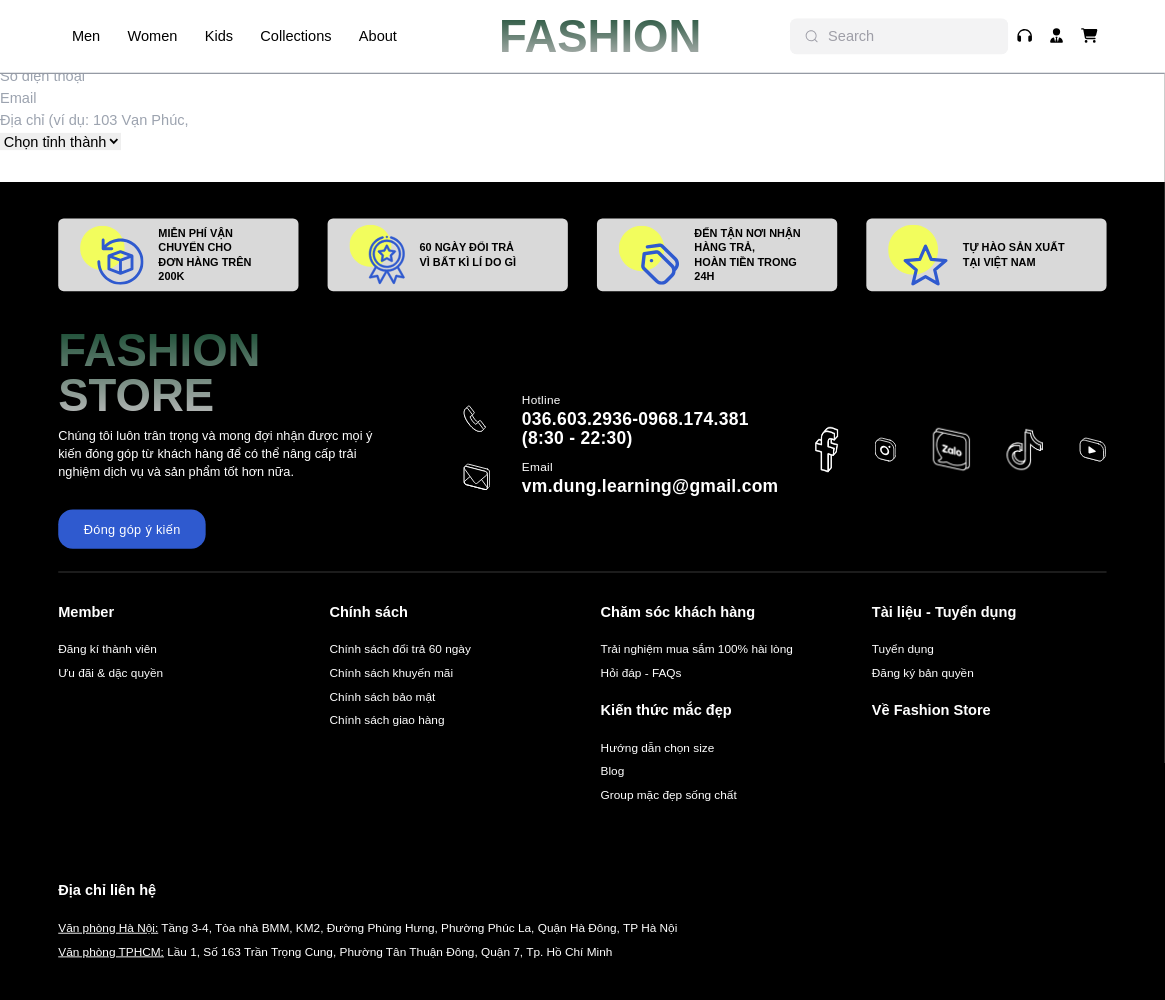
Repository: VuSnow/Software_Engineering
Page: /CartPayment
The author's editor kept a copy of each file at every save. The page is drawn from the files as they stood at one save, then again after the next save.
The browser window is 1280 px wide. The pictures show the whole page, at 91% of full size.
The page's requests for data from a server got no answer. The project was rebuilt for these pictures with package versions that can differ from the ones it lists, and the page was loaded fresh each time. The framework's server and built-in components were replaced by stand-ins that run in the browser. No one was signed in, and anything a server would have sent is missing. Also part of the build but not shown: next.config.js, src/components/cart/CartItem/CartItem.tsx, src/components/cart/Cart.tsx, src/app/Login/page.tsx, src/app/register/page.tsx, src/app/forgorPassword/page.tsx.

Above is the page before, as saved 2023-06-27 13:14:39.

### src/app/layout.tsx
"use client";
import Header from "@/components/header/Header";
import "./globals.css";
import { Inter } from "next/font/google";
import Footer from "@/components/footer/Footer";

const inter = Inter({ subsets: ["latin"] });

export const metadata = {
  title: "Create Next App",
  description: "Generated by create next app",
};
export default function RootLayout({
  children,
}: {
  children: React.ReactNode;
}) {
  return (
    <html lang="en">
      <body>
        <Header />
        {children}
        <Footer />
      </body>
    </html>
  );
}

### src/app/CartPayment/page.tsx
"use client";
import React from "react";
import { useState, useEffect } from "react";
import axios from "axios";
import { type } from "os";

type City = {
  Id: string;
  Name: string;
  Districts: Districts[];
};
type Districts = {
  Id: string;
  Name: string;
  Wards: Wards[];
};

type Wards = {
  Id: string;
  Name: string;
  Level: string;
};

const CartPayment = () => {
  const [cities, setCities] = useState<City[]>([]);
  const [districts, setDistricts] = useState<Districts[]>([]);
  const [wards, setWards] = useState<Wards[]>([]);
  useEffect(() => {
    const fetchData = async () => {
      try {
        const response = await axios.get(
          "https://raw.githubusercontent.com/kenzouno1/DiaGioiHanhChinhVN/master/data.json"
        );
        setCities(response.data);
      } catch (error) {
        console.error("Error fetching data", error);
      }
    };
    fetchData();
  }, []);

  const handleCitiesChange = (e: React.ChangeEvent<HTMLSelectElement>) => {
    const selectedCityId = e.target.value;
    const selectedCity = cities.find((city) => city.Id === selectedCityId);
    const cityDistricts = selectedCity ? selectedCity.Districts : [];
    setDistricts(cityDistricts);
    setWards([]);
  };

  // const handleDistrictChange = (e: React.ChangeEvent<HTMLSelectElement>) => {
  //   const selectedDistrictId = e.target.value;
  //   const selectedCityId = document.getElementById('city').value;
  //   const selectedCity = cities.find((city) => city.Id === selectedCityId);
  //   const selectedDistrict = selectedCity
  //     ? selectedCity.Districts.find((district) => district.Id === selectedDistrictId)
  //     : null;
  //   const districtWards = selectedDistrict ? selectedDistrict.Wards : [];
  //   setWards(districtWards);
  // };
  return (
    <section className="cartPayment">
      <div className="cart-container">
        <div className="contain">
          <div className="cart-left-section">
            <div className="deli-information">
              <div className="cart-title">
                <div className="title">Thông tin vận chuyển</div>
                <div className="action">
                  Bạn đã có tài khoản? <a href="/">Đăng nhập ngay</a>
                </div>
              </div>
              <div className="customer-info">
                <div className="name">
                  <div className="name-input">
                    <input
                      type="text"
                      name="full_name"
                      placeholder="Họ và tên"
                      className="form-control"
                    />
                  </div>
                  <div className="number-input">
                    <input
                      type="tel"
                      name="phone"
                      placeholder="Số điện thoại"
                      className="form-control"
                    />
                  </div>
                </div>
                <div className="email">
                  <input
                    type="email"
                    name="email"
                    placeholder="Email"
                    className="form-control"
                  />
                </div>
                <div className="address">
                  <input
                    type="text"
                    name="address"
                    placeholder="Địa chỉ (ví dụ: 103 Vạn Phúc, phường Vạn Phúc)"
                    className="form-control"
                  />
                </div>
                <div className="select-city">
                  <select name="" id="city" className="form-select">
                    <option value="" selected>
                      Chọn tỉnh thành
                    </option>
                    {cities.map((city) => (
                      <option key={parseInt(city.Id)} value={city.Id}>
                        {city.Name}
                      </option>
                    ))}
                  </select>
                </div>
              </div>
            </div>
            <div className="payment-method"></div>
            <div className="payment-button"></div>
          </div>
          <div className="cart-right-section"></div>
        </div>
      </div>
    </section>
  );
};

export default CartPayment;

### src/components/header/Header.tsx
import React, { useState, useEffect, useContext } from "react";
import { FontAwesomeIcon } from "@fortawesome/react-fontawesome";
import {
  faBars,
  faHeadphones,
  faUserTie,
  faCartShopping,
  faXmark,
  faPlus,
  faMinus,
} from "@fortawesome/free-solid-svg-icons";
import Cart from "../cart/Cart";
import Login from "@/app/Login/page";
import Register from "@/app/register/page";
import ForgotPassword from "@/app/forgorPassword/page";
const Header = () => {
  const [showLoginModal, setShowLoginModal] = useState<Boolean>(false);
  const [showRegisterModal, setShowRegisterModal] = useState<Boolean>(false);
  const [showForgotPassword, setShowForgotPassword] = useState<Boolean>(false);
  const [classNav, setClassNav] = useState<String>(
    "opacity-0 invisible -left-full"
  );
  const [showCart, setShowCart] = useState(false);
  const showNav = () => {
    setClassNav("opacity-1 visible left-0");
  };
  const closeNav = () => {
    setClassNav("opacity-0 invisible -left-full");
  };
  return (
    <>
      {showLoginModal ? (
        <Login
          setShowLoginModal={setShowLoginModal}
          setShowRegisterModal={setShowRegisterModal}
          setShowForgotPassword={setShowForgotPassword}
        />
      ) : null}
      {showRegisterModal ? (
        <Register
          setShowRegisterModal={setShowRegisterModal}
          setShowLoginModal={setShowLoginModal}
        />
      ) : null}
      {showForgotPassword ? (
        <ForgotPassword setShowForgotPassword={setShowForgotPassword} />
      ) : null}
      <header className="text-black mb-4 fixed block top-0 left-0 right-0 bg-white w-full border-b border-gray-500 z-[99] px-[5%]">
        <div className="flex tablet: justify-between h-20 items-center mr-auto ml-auto max-w-full">
          <nav className="main-menu">
            <div className="mobile-menu cursor-pointer max-tablet:block hidden">
              <FontAwesomeIcon icon={faBars} size="2xl" onClick={showNav} />
            </div>
            <ul className="menu max-tablet:hidden flex">
              <li className="p-[15px] cursor-pointer">Men</li>
              <li className="p-[15px] cursor-pointer">Women</li>
              <li className="p-[15px] cursor-pointer">Kids</li>
              <li className="p-[15px] cursor-pointer">Collections</li>
              <li className="p-[15px] cursor-pointer">About</li>
            </ul>
            <div
              className={`sub-mobile-menu fixed top-0 right-0 bottom-[45px] bg-white z-[1000] pt-16 pr-4 pb-0 pl-4 ${classNav} overflow-y-auto`}
            >
              <div className="box-action bg-[#343a40] flex items-center justify-center rounded-tl-xl h-12 rounded-br-xl mb-[30px]">
                <a
                  href="#"
                  className="action-login text-white text-center text-[18px]"
                >
                  Đăng nhập
                </a>
              </div>
              <ul className="menu-mb">
                <li className="mb-[30px] pr-2 flex justify-between">
                  <a href="#">Men </a>
                  <span className="arrow">
                    <FontAwesomeIcon icon={faPlus} />
                    <FontAwesomeIcon icon={faMinus} className="hidden" />
                  </span>
                </li>
                <li className="mb-[30px] pr-2 flex justify-between">
                  <a href="#">Women </a>
                  <span className="arrow">
                    <FontAwesomeIcon icon={faPlus} />
                    <FontAwesomeIcon icon={faMinus} className="hidden" />
                  </span>
                </li>
                <li className="mb-[30px] pr-2 flex justify-between">
                  <a href="#">Kids </a>
                  <span className="arrow">
                    <FontAwesomeIcon icon={faPlus} />
                    <FontAwesomeIcon icon={faMinus} className="hidden" />
                  </span>
                </li>
                <li className="mb-[30px] pr-2 flex justify-between">
                  <a href="#">Collections </a>
                  <span className="arrow">
                    <FontAwesomeIcon icon={faPlus} />
                    <FontAwesomeIcon icon={faMinus} className="hidden" />
                  </span>
                </li>
                <li className="mb-[30px] pr-2 flex justify-between">
                  <a href="#">About </a>
                  <span className="arrow">
                    <FontAwesomeIcon icon={faPlus} />
                    <FontAwesomeIcon icon={faMinus} className="hidden" />
                  </span>
                </li>
              </ul>
              <div className="close-menu absolute top-[25px] left-[25px] text-[24px] text-black">
                <FontAwesomeIcon icon={faXmark} onClick={closeNav} />
              </div>
            </div>
          </nav>
          <div className="logo-brand">
            <a
              href="/"
              className="font-bold font-kumbhsan"
              style={{
                fontSize: "50px",
                background: "linear-gradient(to bottom, #194c33, #bbb)",
                WebkitBackgroundClip: "text",
                WebkitTextFillColor: "transparent",
                textTransform: "uppercase",
              }}
            >
              Fashion
            </a>
          </div>
          <div className="right-header flex">
            <form
              action="search"
              name="form-search"
              className="flex leading-7 items-center relative max-w-[240px] max-mobile:hidden"
            >
              <svg
                className="icon absolute left-4 fill-[#9e9ea7] w-4 h-4"
                aria-hidden="true"
                viewBox="0 0 24 24"
              >
                <g>
                  <path d="M21.53 20.47l-3.66-3.66C19.195 15.24 20 13.214 20 11c0-4.97-4.03-9-9-9s-9 4.03-9 9 4.03 9 9 9c2.215 0 4.24-.804 5.808-2.13l3.66 3.66c.147.146.34.22.53.22s.385-.073.53-.22c.295-.293.295-.767.002-1.06zM3.5 11c0-4.135 3.365-7.5 7.5-7.5s7.5 3.365 7.5 7.5-3.365 7.5-7.5 7.5-7.5-3.365-7.5-7.5z"></path>
                </g>
              </svg>
              <input
                type="text"
                placeholder="Search"
                className=" w-full h-[40px] leading-7 p-0 pl-10 pr-4 border-2 border-solid border-transparent rounded-lg outline-none bg-[#f3f3f4] text-[#0d0c22] transition-all placeholder:text-[#9e9ea7] focus:outline-none focus:border-[rgba(234,76,137,0.4)] focus:bg-white focus:shadow-md"
              />
            </form>
            <div className="header-action flex">
              <div className="item wallet m-[10px] max-mobile:hidden cursor-pointer">
                <FontAwesomeIcon icon={faHeadphones} />
              </div>
              <div
                className="item person m-[10px] cursor-pointer"
                onClick={() => setShowLoginModal(!showLoginModal)}
              >
                <FontAwesomeIcon icon={faUserTie} />
              </div>
              <div
                className="item cart m-[10px] cursor-pointer"
                onClick={() => setShowCart(true)}
              >
                <FontAwesomeIcon icon={faCartShopping} />
              </div>
            </div>
          </div>
        </div>
      </header>
      {showCart && <Cart setShowCart={setShowCart} />}
    </>
  );
};

export default Header;

### src/app/globals.css
@tailwind base;
@tailwind components;
@tailwind utilities;

:root {
  --foreground-rgb: 0, 0, 0;
  --background-start-rgb: 214, 219, 220;
  --background-end-rgb: 255, 255, 255;
}

@media (prefers-color-scheme: dark) {
  :root {
    --foreground-rgb: 255, 255, 255;
    --background-start-rgb: 0, 0, 0;
    --background-end-rgb: 0, 0, 0;
  }
}
body {
  display: flex;
  flex-direction: column;
  justify-content: space-between;
  font-family: "Kumbh Sans", sans-serif;
}

### src/components/footer/Footer.tsx
import React from "react";
import logo from "./logo.png";
import Image from "next/image";
import Link from "next/link";
import dmca from "./dmca.png";
import congthuong from "./img-congthuong.png";
import hotlineIcon from "./icon-hotline.svg";
import emailIcon from "./icon-email.svg";
import facebookIcon from "./facebook.webp";
import zaloIcon from "./zalo.webp";
import instaIcon from "./icon-instar.svg";
import youtubeIcon from "./icon-youtube.svg";
import tiktokIcon from "./tiktok.webp";
import HomepageService from "../HomepageService/HomepageService";

const Footer = () => {
  return (
    <footer className="text-white flex justify-center items-center bg-black px-[5%] leading-[160%] mt-8">
      <div className="container-footer w-full">
        <HomepageService />
        <div className="footer-top text-sm">
          <div className="top-sidebar flex justify-between items-center gap-[8%] mb-8 w-full border-b border-[#d9d9d942] desktop:flex-col desktop:items-start">
            <div className="flex-[1]">
              <h4
                className=" font-semibold text-[22px] mb-2 text-[#fff] leading-[100%]"
                style={{
                  fontSize: "50px",
                  background: "linear-gradient(to bottom, #194c33, #bbb)",
                  WebkitBackgroundClip: "text",
                  WebkitTextFillColor: "transparent",
                  textTransform: "uppercase",
                }}
              >
                Fashion Store
              </h4>
              <p className="description font-normal text-left mb-8">
                Chúng tôi luôn trân trọng và mong đợi nhận được mọi ý kiến đóng
                góp từ khách hàng để có thể nâng cấp trải nghiệm dịch vụ và sản
                phẩm tốt hơn nữa.
              </p>
              <Link
                href="#"
                target="_blank"
                className="support-btn inline-flex justify-center items-center h-[43px] bg-[#2f5acf] rounded-2xl py-0 px-7 font-medium tracking-wide mb-[25px] border-0"
              >
                Đóng góp ý kiến
              </Link>
            </div>
            <div className=" flex justify-between w-full flex-[2] items-center max-tablet:flex-col max-tablet:items-start max-tablet:gap-6 max-tablet:mb-8 gap-10">
              <div className="flex-[1]">
                <div className="hotline flex gap-8 items-center w-fit font-medium text-[13px] leading-[160%] tracking-wide mb-3 justify-start">
                  <div className="icon h-8 w-8">
                    <Image src={hotlineIcon} alt="Hotline Icon" />
                  </div>
                  <div className="content">
                    <span>Hotline</span>
                    <p className="description block text-[1.2rem] font-semibold">
                      <Link href="tel: 0366032936">036.603.2936</Link>-
                      <Link href="tel: 0968174381">0968.174.381</Link>
                      <br />
                      <span>(8:30 - 22:30)</span>
                    </p>
                  </div>
                </div>
                <div className="email flex gap-8 items-center font-medium text-[13px] leading-[160%] tracking-wide mb-3 justify-start">
                  <div className="icon h-8 w-8">
                    <Image src={emailIcon} alt="Email Icon" />
                  </div>
                  <div className="content ">
                    <span>Email</span>
                    <p className=" text-[1.2rem] font-semibold">
                      <Link href="mailto: vm.dung.learning@gmail.com">
                        vm.dung.learning@gmail.com
                      </Link>
                    </p>
                  </div>
                </div>
              </div>
              <div className="social mt-0 h-[130px] flex justify-end items-center flex-[1] gap-10">
                <Link
                  href="https://www.facebook.com/dung.vuminh.315080/"
                  className="flex justify-center items-center"
                  target="_blank"
                >
                  <Image
                    src={facebookIcon}
                    alt=""
                    className=" max-h-[100px] w-full min-h-[50px]"
                  />
                </Link>
                <Link
                  href="https://www.instagram.com/v.m.dung.36/"
                  className="flex justify-center items-center"
                  target="_blank"
                >
                  <Image
                    src={instaIcon}
                    alt=""
                    className=" max-h-[100px] w-full min-h-[50px]"
                  />
                </Link>
                <Link
                  href="https://zalo.me/0366032936"
                  className="flex justify-center items-center"
                  target="_blank"
                >
                  <Image
                    src={zaloIcon}
                    alt=""
                    className=" max-h-[100px] w-full min-h-[50px]"
                  />
                </Link>
                <Link
                  href="https://www.instagram.com/v.m.dung.36/"
                  className="flex justify-center items-center"
                  target="_blank"
                >
                  <Image
                    src={tiktokIcon}
                    alt=""
                    className=" max-h-[100px] w-full min-h-[50px]"
                  />
                </Link>
                <Link
                  href="https://www.instagram.com/v.m.dung.36/"
                  className="flex justify-center items-center"
                  target="_blank"
                >
                  <Image
                    src={youtubeIcon}
                    alt=""
                    className=" max-h-[100px] w-full min-h-[50px]"
                  />
                </Link>
              </div>
            </div>
          </div>
          <div className="top-menu"></div>
        </div>
        <div className="footer-bottom">
          <div className="footer-menu flex justify-between flex-wrap gap-10">
            <div className="footer-item flex-[1] text-[13px] leading-[200%] text-[d9d9d9] min-w-[200px] mb-10">
              <h4 className="text-[#fff] font-semibold mb-4 mt-0 text-base">
                Member
              </h4>
              <ul>
                <li>Đăng kí thành viên</li>
                <li>Ưu đãi & dặc quyền</li>
              </ul>
            </div>
            <div className="footer-item flex-[1] text-[13px] leading-[200%] text-[d9d9d9] min-w-[200px] mb-10">
              <h4 className="text-[#fff] font-semibold mb-4 mt-0 text-base">
                Chính sách
              </h4>
              <ul>
                <li>Chính sách đổi trả 60 ngày</li>
                <li>Chính sách khuyến mãi</li>
                <li>Chính sách bảo mật</li>
                <li>Chính sách giao hàng</li>
              </ul>
            </div>
            <div className="footer-item flex-[1] text-[13px] leading-[200%] text-[d9d9d9] min-w-[200px] mb-10">
              <h4 className="text-[#fff] font-semibold mb-4 mt-0 text-base">
                Chăm sóc khách hàng
              </h4>
              <ul>
                <li>Trải nghiệm mua sắm 100% hài lòng</li>
                <li>Hỏi đáp - FAQs</li>
              </ul>
              <h4 className="text-[#fff] font-semibold mb-4 text-base mt-4">
                Kiến thức mắc đẹp
              </h4>
              <ul>
                <li>Hướng dẫn chọn size</li>
                <li>Blog</li>
                <li>Group mặc đẹp sống chất</li>
              </ul>
            </div>
            <div className="footer-item flex-[1] text-[13px] leading-[200%] text-[d9d9d9] min-w-[200px] mb-10">
              <h4 className="text-[#fff] font-semibold mb-4 mt-0 text-base">
                Tài liệu - Tuyển dụng
              </h4>
              <ul>
                <li>Tuyển dụng</li>
                <li>Đăng ký bản quyền</li>
              </ul>
              <h4 className="text-[#fff] font-semibold mb-4 text-base mt-4">
                Về Fashion Store
              </h4>
            </div>
            <div className="footer-item flex-[1] text-[13px] leading-[200%] text-[d9d9d9] min-w-[200px] mb-10">
              <h4 className="text-[#fff] font-semibold mb-4 mt-0 text-base">
                Địa chỉ liên hệ
              </h4>
              <p>
                <u>Văn phòng Hà Nội:</u> Tầng 3-4, Tòa nhà BMM, KM2, Đường Phùng
                Hưng, Phường Phúc La, Quận Hà Đông, TP Hà Nội
              </p>
              <p>
                <u>Văn phòng TPHCM:</u> Lầu 1, Số 163 Trần Trọng Cung, Phường
                Tân Thuận Đông, Quận 7, Tp. Hồ Chí Minh
              </p>
            </div>
          </div>
        </div>
      </div>
    </footer>
  );
};

export default Footer;

Loaded but not shown: tailwind.config.js (39 lines, source omitted); src/components/HomepageService/HomepageService.tsx (143 lines, source omitted)

After the next save:
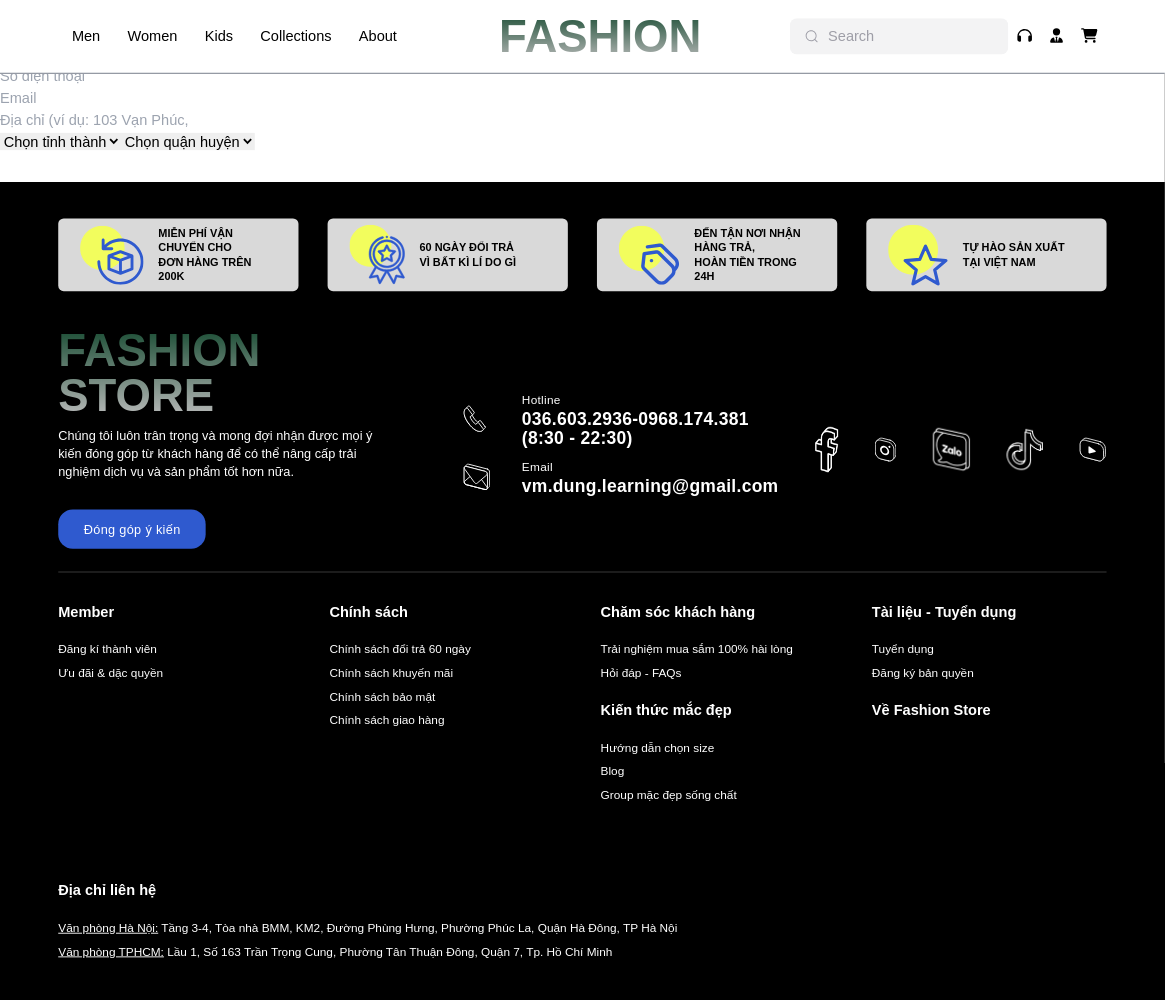
Saved 2 min 15 s later.
--- a/src/app/CartPayment/page.tsx
+++ b/src/app/CartPayment/page.tsx
@@ -105,13 +105,23 @@
                   />
                 </div>
                 <div className="select-city">
-                  <select name="" id="city" className="form-select">
+                  <select name="city" id="city" className="form-select">
                     <option value="" selected>
                       Chọn tỉnh thành
                     </option>
                     {cities.map((city) => (
                       <option key={parseInt(city.Id)} value={city.Id}>
                         {city.Name}
+                      </option>
+                    ))}
+                  </select>
+                  <select name="district" id="district" className="form-select">
+                    <option value="" selected>
+                      Chọn quận huyện
+                    </option>
+                    {districts.map((district) => (
+                      <option key={district.Id} value={district.Id}>
+                        {district.Name}
                       </option>
                     ))}
                   </select>
